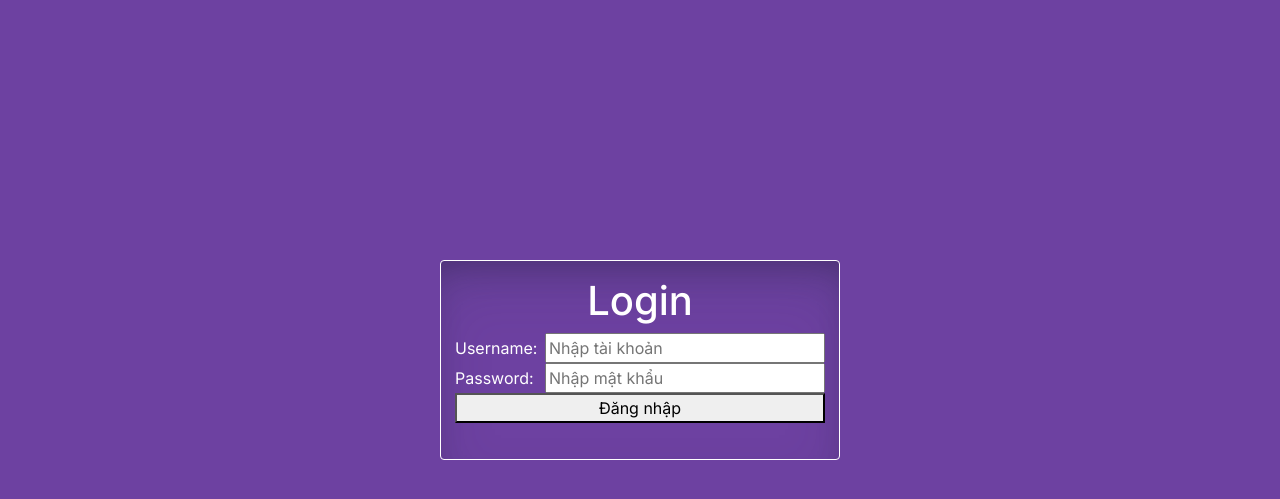
Repository: nghiakma/RFID-RFID-Attendance-System-using-ESP32-Nodejs-Reactjs-Nextjs-
Page: / (app in attendance/)
The author's editor kept a copy of each file at every save. The page is drawn from the files as they stood at one save, then again after the next save.
The browser window is 1280 px wide. The pictures show the whole page.
The page's requests for data from a server got no answer. The project was rebuilt for these pictures with package versions that can differ from the ones it lists, and the page was loaded fresh each time. The framework's server and built-in components were replaced by stand-ins that run in the browser. No one was signed in, and anything a server would have sent is missing. Also part of the build but not shown: attendance/next.config.js, attendance/src/styles/home-page.module.css, attendance/src/styles/tab-home.module.css, attendance/src/pages/api/convert-time.js, attendance/src/pages/api/networking.js, attendance/src/pages/tab-home.js, attendance/src/styles/tab-history.module.css, attendance/src/pages/tab-history.js and 6 more.

Above is the page before, as saved 2023-12-21 15:05:01.

### attendance/src/pages/index.js
import {useEffect, useState} from 'react';
import { Inter } from 'next/font/google';
import 'bootstrap/dist/css/bootstrap.min.css';
import HomePage from './home-page.js';
import Login from './login-page.js'
import { BrowserRouter as Router,Routes, Route } from 'react-router-dom'
const inter = Inter({ subsets: ['latin'] })

export default function Home() {
  const [loginSuccess, setLoginSucsess] = useState(false);
  const handleLogin = (isSuccess) => {
    setLoginSucsess(isSuccess);
  }
  useEffect(() => {
    import('bootstrap/dist/js/bootstrap.min.js');
  }, []);
  return (
    <main className={inter.className}>
      {/* <Router>
        <Routes>
          <Route path='/home' element={<HomePage />}/>
          <Route path='/login' element={<Login />}/>
        </Routes>
      </Router> */}
      {
        loginSuccess ? <HomePage/> : <Login/>
      }
    </main>
  )
}

### attendance/src/pages/login-page.js
import React from "react";
import styles from '../styles/login-page.module.css'
import { FontAwesomeIcon } from '@fortawesome/react-fontawesome'
const Login = () => {

    return (
        <div
            style={{
                backgroundColor: '#6d41a1', height: '100vh'
            }}
        >
            <div style={{
                width: '100%', height: '100%',
                display: 'flex', alignItems: 'center', justifyContent: 'center'
            }}>
                <div style={{
                    width: '400px', height: '200px', border: '1px solid white',
                    padding: '8px 14px', borderRadius: '4px', boxSizing: 'border-box',
                    boxShadow: 'rgba(50, 50, 93, 0.25) 0px 30px 60px -12px inset, rgba(0, 0, 0, 0.3) 0px 18px 36px -18px inset',

                }}>
                    <h1
                        style={{
                            textAlign: 'center', margin: '8px 0', color: 'white'
                        }}
                    >Login</h1>
                    <div style={{
                        color: 'white'
                    }}>
                        <div style={{
                            display: 'flex', alignItems: 'center'
                        }}>
                            <label style={{width: '90px'}}>Username: </label>
                            <input style={{flex: '1'}} type="email" className="form-input" placeholder="Nhập tài khoản"/>
                        </div>
                        <div style={{
                            display: 'flex', alignItems: 'center'
                        }}>
                            <label style={{width: '90px'}}>Password: </label>
                            <input style={{flex: '1' }} type="password" className="form-input" placeholder="Nhập mật khẩu"/>
                        </div>
                        <div className="login-button">
                            <button style={{width: '100%'}}>
                                Đăng nhập
                            </button>
                        </div>
                    </div>
                </div>
            </div>
        </div>
    )
}

export default Login

After the next save:
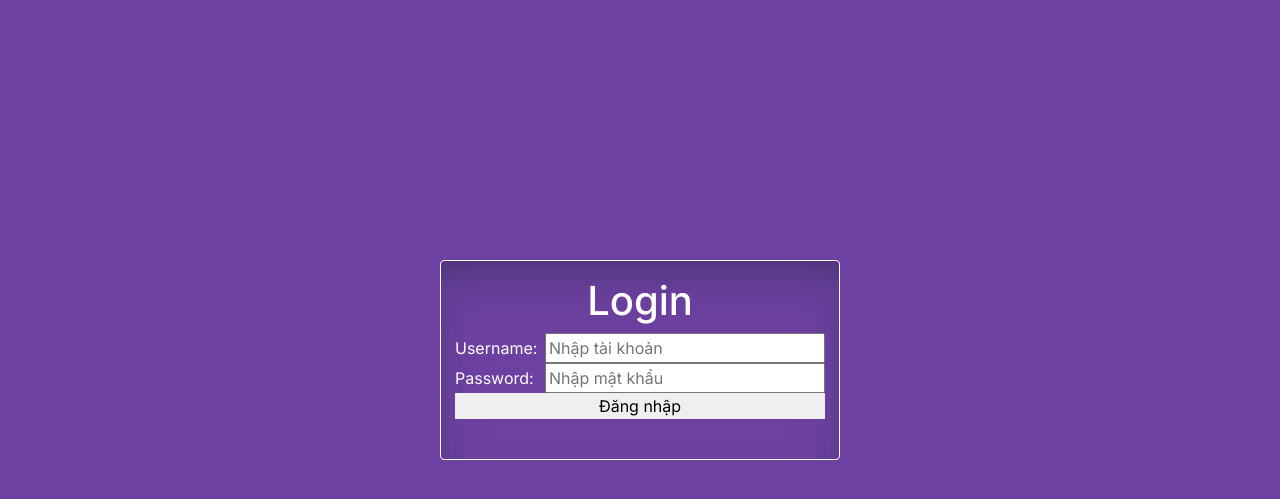
Saved 12 s later.
--- a/attendance/src/pages/login-page.js
+++ b/attendance/src/pages/login-page.js
@@ -40,7 +40,7 @@ const Login = () => {
                             <input style={{flex: '1' }} type="password" className="form-input" placeholder="Nhập mật khẩu"/>
                         </div>
                         <div className="login-button">
-                            <button style={{width: '100%'}}>
+                            <button style={{width: '100%', border: 'none', }}>
                                 Đăng nhập
                             </button>
                         </div>
